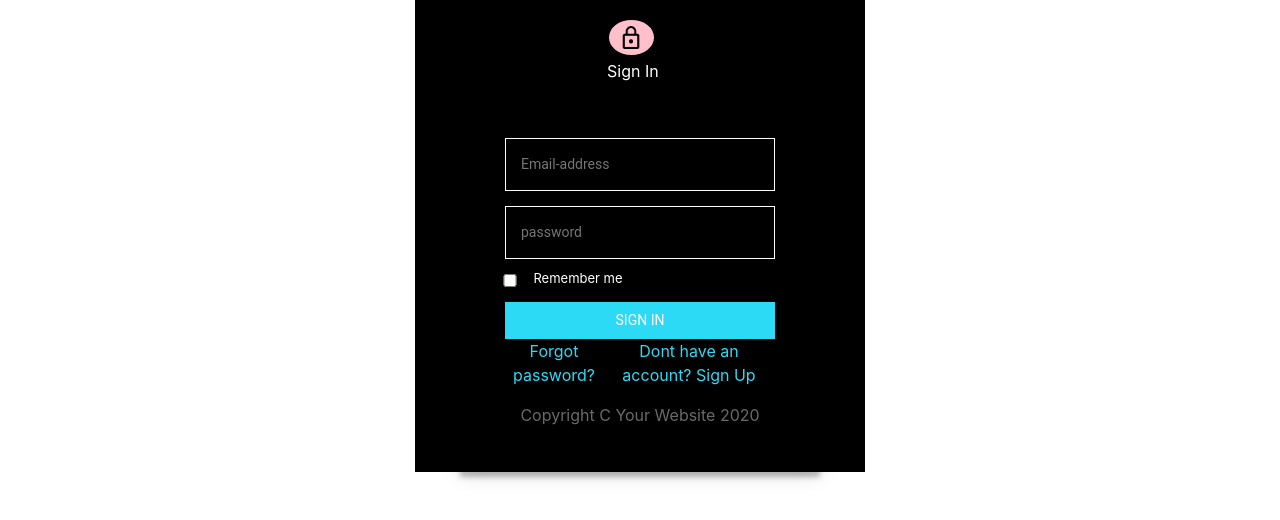
Repository: andbilous/cursor-styled-components
Page: /sign-in
An editor plug-in stored every save of this project. The page is shown before and after the next save, followed by the edit.
The browser window is 1280 px wide. The pictures show the whole page.
The project was rebuilt for these pictures with package versions that can differ from the ones it lists, and the page was loaded fresh each time. Also part of the build but not shown: src/App.css, src/components/SignUpForm.jsx.

Above is the page before, as saved 2020-04-19 16:33:36.

After the next save:
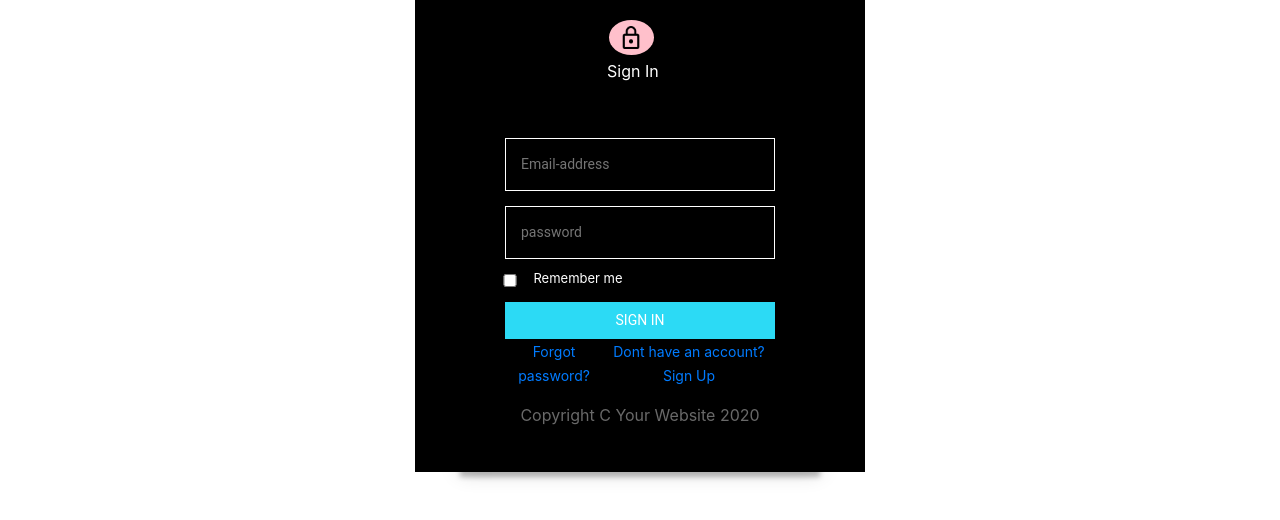
Saved 5 s later.
--- a/src/components/SignInForm.jsx
+++ b/src/components/SignInForm.jsx
@@ -112,7 +112,7 @@ color:#fff;
  color: #2cdaf5;
 }
 .additional a{
-  color: #2cdaf5;
+  font-size:14px
  }
 .img-container{
   background: pink;
